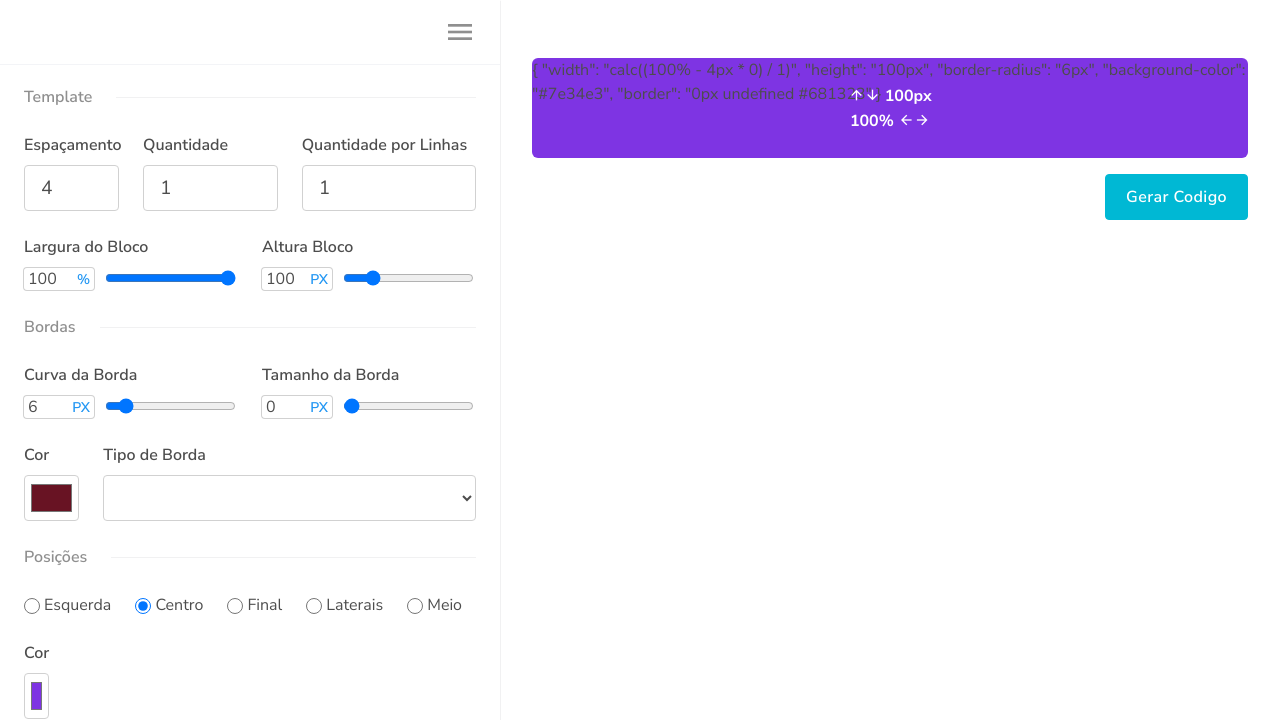
Repository: Flintdl/lowcode-elements
Page: /
An editor plug-in stored every save of this project. The page is shown before and after the next save, followed by the edit.
The browser window is 1280 px wide. The pictures show the whole page.
The project was rebuilt for these pictures with package versions that can differ from the ones it lists, and the page was loaded fresh each time. Also part of the build but not shown: vue.config.js.

Above is the page before, as saved 2022-04-05 17:12:15.

### src/components/Menu/MenuTemplate.vue
<template>
  <div>
    <div
      class="ham burger-link-mobile sf-display-flex sf-display-md-none"
      @click="menu"
    >
      <i class="mdi mdi-menu sf-text-xlg sf-text-muted sf-dropdown-action"></i>
    </div>
    <nav class="sf-menu">
      <div class="sf-menu-header">
        <div
          @click="menu"
          class="hamburger-link sf-display-none sf-display-md-block"
        >
          <i
            class="mdi mdi-menu sf-text-xlg sf-text-muted sf-dropdown-action"
          ></i>
        </div>
      </div>
      <div class="sf-menu-body">
        <ul class="sf-menu-ul">
          <li class="sf-menu-li sf-px-4">
            <div class="sf-row">
              <div class="sf-col-12 sf-form-group">
                <span
                  class="sf-text-md sf-font-weight-bold sf-text-muted sf-display-flex sf-align-items-center"
                >
                  Template
                  <hr class="sf-width-100 sf-ml-4" />
                </span>
              </div>
              <InputGapTemplate
                :valorInput="inputGap"
                v-on:callback="getValorCampo"
              />
              <InputQuantidadeTemplate
                :valorInput="inputQuantidade"
                v-on:callback="getValorCampoQuantidade"
              />
              <InputQuantLinhasTemplate
                :valorInput="inputQuantidadeLinha"
                v-on:callback="getValorCampoQuantidadeLinha"
              />
              <InputLarguraBloco
                :valorInput="inputRange"
                v-on:callback="getValorLarguraBloco"
              />
              <InputAlturaBloco
                :valorInput="valorHeight"
                v-on:callback="getValorAlturaBloco"
              />
            </div>
            <div class="sf-row">
              <div class="sf-col-12 sf-form-group">
                <span
                  class="sf-text-md sf-font-weight-bold sf-text-muted sf-display-flex sf-align-items-center"
                >
                  Bordas
                  <hr class="sf-width-100 sf-ml-4" />
                </span>
              </div>
              <InputBorderRadiusBloco
                :valorInput="inputBorderRadius"
                v-on:callback="getValorRadiusBloco"
              />
              <InputBorderBloco
                :valorInput="inputBorder"
                v-on:callback="getValorBorderBloco"
              />
              <InputBorderCorBloco
                :valorInput="inputBorderColor"
                v-on:callback="getValorBorderCorBloco"
              />
              <InputBorderTipoBloco
                :valorInput="inputBorderTipo"
                v-on:callback="getValorBorderTipoBloco"
              />
            </div>
            <InputPosicaoBloco
              :valorInput="checkValue"
              v-on:callback="getValorPosicaoBloco"
            />
            <div class="sf-row">
              <div class="sf-col-auto sf-form-group">
                <label class="sf-label">Cor</label>
                <input
                  type="color"
                  id="inputColor"
                  v-model="inputColor"
                  class="sf-p-1 sf-text-capitalize"
                  placeholder="Quantidade de Blocos"
                />
              </div>
            </div>
          </li>
        </ul>
      </div>
    </nav>
    <div class="sf-content-page">
      <HomeView
        :valor="inputRange"
        :inputGap="inputGap"
        :valorHeight="valorHeight"
        :quantidade="parseInt(inputQuantidade)"
        :quantidadeLinha="inputQuantidadeLinha"
        :inputBorderRadius="inputBorderRadius"
        :checkValue="checkValue"
        :inputColor="inputColor"
        :inputBorder="inputBorder"
        :inputBorderColor="inputBorderColor"
        :inputBorderTipo="inputBorderTipo"
      />
    </div>
    <div class="ga-mascara-fundo" @click="mask"></div>
  </div>
</template>

<script>
import HomeView from "@/views/HomeView.vue";
import InputGapTemplate from "@/components/templates/InputGapTemplate.vue";
import InputQuantidadeTemplate from "@/components/templates/InputQuantidadeTemplate.vue";
import InputQuantLinhasTemplate from "@/components/templates/InputQuantLinhasTemplate.vue";
import InputLarguraBloco from "@/components/templates/InputLarguraBloco.vue";
import InputAlturaBloco from "@/components/templates/InputAlturaBloco.vue";
import InputBorderRadiusBloco from "@/components/templates/InputBorderRadiusBloco.vue";
import InputBorderBloco from "@/components/templates/InputBorderBloco.vue";
import InputPosicaoBloco from "@/components/templates/InputPosicaoBloco.vue";
import InputBorderCorBloco from "@/components/templates/InputBorderCorBloco.vue";
import InputBorderTipoBloco from "@/components/templates/InputBorderTipoBloco.vue";
import image from "@/assets/logo-soften.webp";

export default {
  name: "MenuTemplate",
  data: function () {
    return {
      inputQuantidade: (this.inputQuantidade = "1"),
      inputQuantidadeLinha: (this.inputQuantidadeLinha = "1"),
      inputBorderRadius: (this.inputBorderRadius = "6"),
      inputRange: (this.inputRange = "100"),
      valorHeight: (this.valorHeight = "100"),
      inputGap: (this.inputGap = "4"),
      checkValue: (this.checkValue = "center"),
      inputColor: (this.inputColor = "#7e34e3"),
      inputBorder: (this.inputBorder = "0"),
      inputBorderColor: (this.inputBorderColor = "#681323"),
      inputBorderTipo: this.inputBorderTipo,
      image: image,
    };
  },
  components: {
    HomeView,
    InputGapTemplate,
    InputQuantidadeTemplate,
    InputQuantLinhasTemplate,
    InputLarguraBloco,
    InputAlturaBloco,
    InputPosicaoBloco,
    InputBorderRadiusBloco,
    InputBorderBloco,
    InputBorderCorBloco,
    InputBorderTipoBloco,
  },
  beforeMount() {
    if (window.innerWidth >= 768) {
      if (localStorage.getItem("menu") === "fechado") {
        document.body.classList.add("menu-fechado");
      } else {
        document.body.classList.remove("menu-fechado");
      }
    }

    (function () {
      var current = window.location.pathname.split("")[0];
      if (current === "") return;
      var menuItems = document.querySelectorAll(".sf-menu-list-link");
      for (var i = 0, len = menuItems.length; i < len; i++) {
        if (menuItems[i].getAttribute("href").indexOf(current) !== -1) {
          menuItems[i].className += " active-nolink";
          menuItems[i].nextElementSibling.className += " active-nolink";
        }
      }
    })();
  },
  methods: {
    menu() {
      if (window.innerWidth >= 768) {
        document.body.classList.toggle("menu-fechado");
        if (document.body.classList.contains("menu-fechado")) {
          localStorage.setItem("menu", "fechado");
        } else {
          localStorage.removeItem("menu");
        }
      } else {
        document.body.classList.toggle("menu-mobile-aberto");
      }
    },
    mask() {
      document.body.classList.remove("menu-mobile-aberto");
    },
    getValorCampo(valor) {
      this.inputGap = valor;
    },
    getValorCampoQuantidade(valor) {
      this.inputQuantidade = valor;
    },
    getValorCampoQuantidadeLinha(valor) {
      this.inputQuantidadeLinha = valor;
    },
    getValorLarguraBloco(valor) {
      this.inputRange = valor;
    },
    getValorAlturaBloco(valor) {
      this.valorHeight = valor;
    },
    getValorRadiusBloco(valor) {
      this.inputBorderRadius = valor;
    },
    getValorBorderBloco(valor) {
      this.inputBorder = valor;
    },
    getValorBorderCorBloco(valor) {
      this.inputBorderColor = valor;
    },
    getValorBorderTipoBloco(valor) {
      this.inputBorderTipo = valor;
    },
    getValorPosicaoBloco(valor) {
      this.checkValue = valor;
    },
  },
};

// function dropdown(menu) {
//   var dropdowns = document.getElementsByClassName("sf-dropdown-menu");
//   var i;
//   for (i = 0; i < dropdowns.length; i++) {
//     var openDropdown = dropdowns[i];
//     if (openDropdown.classList.contains("show")) {
//       openDropdown.classList.remove("show");
//     }
//   }
//   document.querySelector(menu).classList.toggle("show");
// }
</script>

<style lang="scss">
@import "@/assets/scss/style.scss";
@import "@/assets/scss/standard.scss";
@import "@/assets/scss/menu.scss";
</style>

### src/assets/scss/_variables.scss
// Primarys Colors
$standardTextColor: #4d4d4d;

$primaryColor: #8e6dff;
$secondaryColor: #009997;
$buttonDisableColor: #9c9c9c;
$buttonDisableBgColor: #7676764d;

// Menu Colors

$bgMenuColor: #1d1d1d;
$linkMenuColor: #7b8089;
$iconMenuColor: #2a2a2a;
$borderMenuColor: #323232;

// Botão Colors

$btnPrimary: #00b8d4;
$btnPrimaryHover: #0085b0;

// Generics Colors

$whiteColor: #ffffff;
$mutedColor: #8f8f8f;
$cardColor: #f3f4f7;
$cardColorLight: #f9fafc;
$cardColorLightTwo: #f1f5fc;
$greyLight: #d1d1d1;

// Dropdown Colors

$dropdownHeaderColor: #5f5f5f;
$dropdownColor: #ebffff;

// State Colors

$successColor: #3dc661;
$dangerColor: #e7515a;
$warningColor: #e2a03f;
$infoColor: #2196f3;
$defaultColor: #172b4d;
$lightColor: #e0e0e0;

### src/components/templates/InputGapTemplate.vue
<template>
  <div class="sf-col-3 sf-form-group">
    <label class="sf-label">Espaçamento</label>
    <input
      type="number"
      min="1"
      max="12"
      value="2"
      id="inputGap"
      v-model="valor"
      class="filter-states sf-text-capitalize"
      placeholder="Quantidade de Blocos"
    />
  </div>
</template>

<script>
export default {
  props: {
    valorInput: String,
  },
  computed: {
    valor: {
      get() {
        var inp = this.valorInput;
        return inp;
      },
      set(valorInput) {
        this.$emit("callback", valorInput);
      },
    },
  },
};
</script>

<style></style>

### src/components/templates/InputQuantidadeTemplate.vue
<template>
  <div class="sf-col-4 sf-form-group">
    <label class="sf-label">Quantidade</label>
    <input
      type="number"
      value="1"
      id="inputQuantidade"
      v-model="valor"
      class="filter-states sf-text-capitalize"
      placeholder="Quantidade de Blocos"
    />
  </div>
</template>

<script>
export default {
  props: {
    valorInput: String,
  },
  computed: {
    valor: {
      get() {
        var inp = this.valorInput;
        return inp;
      },
      set(valorInput) {
        this.$emit("callback", valorInput);
      },
    },
  },
};
</script>

<style></style>

### src/components/templates/InputQuantLinhasTemplate.vue
<template>
  <div class="sf-col-5 sf-form-group">
    <label class="sf-label">Quantidade por Linhas</label>
    <input
      type="number"
      min="1"
      max="12"
      value="1"
      id="inputQuantidadeLinha"
      v-model="valor"
      class="filter-states sf-text-capitalize"
      placeholder="Quantidade Linha"
    />
  </div>
</template>

<script>
export default {
  props: {
    valorInput: String,
  },
  computed: {
    valor: {
      get() {
        var inp = this.valorInput;
        return inp;
      },
      set(valorInput) {
        this.$emit("callback", valorInput);
      },
    },
  },
};
</script>

<style></style>

### src/components/templates/InputLarguraBloco.vue
<template>
  <div class="sf-col-6 sf-form-group">
    <label class="sf-label">Largura do Bloco</label>
    <div class="sf-input-group">
      <div
        class="sf-input-group-append sf-display-flex sf-justify-content-center"
      >
        <div
          class="sf-display-flex sf-align-items-center sf-justify-content-center sf-border-left-0 sf-border-radius sf-border-radius-left-0 sf-pr-2 sf-text-info sf-font-weight-bold sf-min-80-px"
        >
          <div class="sf-input-group">
            <input
              type="number"
              value="1"
              min="1"
              max="100"
              v-model="valor"
              class="sf-text-md sf-height-fit-content sf-pr-0 sf-pl-1 sf-border-right-0 sf-border-radius-right-0 sf-text-capitalize"
              placeholder="Curva da Borda"
            />
            <div
              class="sf-input-group-append sf-display-flex sf-justify-content-center"
            >
              <div
                class="sf-display-flex sf-align-items-center sf-border sf-justify-content-center sf-border-left-0 sf-border-radius sf-border-radius-left-0 sf-pr-1 sf-text-info sf-font-weight-bold sf-text-sm"
              >
                %
              </div>
            </div>
          </div>
        </div>
      </div>
      <input
        type="range"
        min="10"
        max="100"
        value="10"
        id="inputRange"
        v-model="valor"
        class="sf-px-0 sf-border-right-0 sf-border-radius-right-0 sf-text-capitalize"
      />
    </div>
  </div>
</template>

<script>
export default {
  props: {
    valorInput: String,
  },
  computed: {
    valor: {
      get() {
        var inp = this.valorInput;
        return inp;
      },
      set(valorInput) {
        this.$emit("callback", valorInput);
      },
    },
  },
};
</script>

<style></style>

### src/components/templates/InputAlturaBloco.vue
<template>
  <div class="sf-col-6 sf-form-group">
    <label class="sf-label">Altura Bloco</label>
    <div class="sf-input-group">
      <div
        class="sf-input-group-append sf-display-flex sf-justify-content-center"
      >
        <div
          class="sf-display-flex sf-align-items-center sf-justify-content-center sf-border-left-0 sf-border-radius sf-border-radius-left-0 sf-pr-2 sf-text-info sf-font-weight-bold sf-min-80-px"
        >
          <div class="sf-input-group">
            <input
              type="number"
              value="1"
              min="1"
              max="500"
              v-model="valor"
              class="sf-text-md sf-height-fit-content sf-pr-0 sf-pl-1 sf-border-right-0 sf-border-radius-right-0 sf-text-capitalize"
              placeholder="Curva da Borda"
            />
            <div
              class="sf-input-group-append sf-display-flex sf-justify-content-center"
            >
              <div
                class="sf-display-flex sf-align-items-center sf-border sf-justify-content-center sf-border-left-0 sf-border-radius sf-border-radius-left-0 sf-pr-1 sf-text-info sf-font-weight-bold sf-text-sm"
              >
                PX
              </div>
            </div>
          </div>
        </div>
      </div>
      <input
        type="range"
        min="10"
        max="500"
        id="valorHeight"
        v-model="valor"
        class="sf-px-0 sf-border-right-0 sf-border-radius-right-0 sf-text-capitalize"
      />
    </div>
  </div>
</template>

<script>
export default {
  props: {
    valorInput: String,
  },
  computed: {
    valor: {
      get() {
        var inp = this.valorInput;
        return inp;
      },
      set(valorInput) {
        this.$emit("callback", valorInput);
      },
    },
  },
};
</script>

<style></style>

### src/components/templates/InputBorderRadiusBloco.vue
<template>
  <div class="sf-col-6 sf-form-group">
    <label class="sf-label">Curva da Borda</label>
    <div class="sf-input-group">
      <div
        class="sf-input-group-append sf-display-flex sf-justify-content-center"
      >
        <div
          class="sf-display-flex sf-align-items-center sf-justify-content-center sf-border-left-0 sf-border-radius sf-border-radius-left-0 sf-pr-2 sf-text-info sf-font-weight-bold sf-min-80-px"
        >
          <div class="sf-input-group">
            <input
              type="number"
              value="1"
              min="1"
              max="50"
              v-model="valor"
              class="sf-text-md sf-height-fit-content sf-pr-0 sf-pl-1 sf-border-right-0 sf-border-radius-right-0 sf-text-capitalize"
              placeholder="Curva da Borda"
            />
            <div
              class="sf-input-group-append sf-display-flex sf-justify-content-center"
            >
              <div
                class="sf-display-flex sf-align-items-center sf-border sf-justify-content-center sf-border-left-0 sf-border-radius sf-border-radius-left-0 sf-pr-1 sf-text-info sf-font-weight-bold sf-text-sm"
              >
                PX
              </div>
            </div>
          </div>
        </div>
      </div>
      <input
        type="range"
        value="1"
        min="1"
        max="50"
        id="inputBorderRadius"
        v-model="valor"
        class="sf-px-0 sf-border-right-0 sf-border-radius-right-0 sf-text-capitalize"
        placeholder="Curva da Borda"
      />
    </div>
  </div>
</template>

<script>
export default {
  props: {
    valorInput: String,
  },
  computed: {
    valor: {
      get() {
        var inp = this.valorInput;
        return inp;
      },
      set(valorInput) {
        this.$emit("callback", valorInput);
      },
    },
  },
};
</script>

<style></style>

### src/components/templates/InputBorderBloco.vue
<template>
  <div class="sf-col-6 sf-form-group">
    <label class="sf-label">Tamanho da Borda</label>
    <div class="sf-input-group">
      <div
        class="sf-input-group-append sf-display-flex sf-justify-content-center"
      >
        <div
          class="sf-display-flex sf-align-items-center sf-justify-content-center sf-border-left-0 sf-border-radius sf-border-radius-left-0 sf-pr-2 sf-text-info sf-font-weight-bold sf-min-80-px"
        >
          <div class="sf-input-group">
            <input
              type="number"
              value="1"
              min="1"
              max="50"
              v-model="valor"
              class="sf-text-md sf-height-fit-content sf-pr-0 sf-pl-1 sf-border-right-0 sf-border-radius-right-0 sf-text-capitalize"
              placeholder="Curva da Borda"
            />
            <div
              class="sf-input-group-append sf-display-flex sf-justify-content-center"
            >
              <div
                class="sf-display-flex sf-align-items-center sf-border sf-justify-content-center sf-border-left-0 sf-border-radius sf-border-radius-left-0 sf-pr-1 sf-text-info sf-font-weight-bold sf-text-sm"
              >
                PX
              </div>
            </div>
          </div>
        </div>
      </div>
      <input
        type="range"
        value="1"
        min="0"
        max="24"
        id="inputBorder"
        v-model="valor"
        class="sf-px-0 sf-border-right-0 sf-border-radius-right-0 sf-text-capitalize"
        placeholder="Curva da Borda"
      />
    </div>
  </div>
</template>

<script>
export default {
  props: {
    valorInput: String,
  },
  computed: {
    valor: {
      get() {
        var inp = this.valorInput;
        return inp;
      },
      set(valorInput) {
        this.$emit("callback", valorInput);
      },
    },
  },
};
</script>

<style></style>

### src/components/templates/InputPosicaoBloco.vue
<template>
  <div class="sf-row">
    <div class="sf-col-12 sf-form-group">
      <span
        class="sf-text-md sf-font-weight-bold sf-text-muted sf-display-flex sf-align-items-center"
      >
        Posições
        <hr class="sf-width-100 sf-ml-4" />
      </span>
    </div>
    <div class="sf-col-auto sf-form-group">
      <input
        id="start"
        type="radio"
        name="positionDivs"
        v-model="valor"
        value="start"
        checked
      />
      <label for="start"> Esquerda</label>
    </div>

    <div class="sf-col-auto sf-form-group">
      <input
        type="radio"
        id="center"
        name="positionDivs"
        v-model="valor"
        value="center"
      />
      <label for="center"> Centro</label>
    </div>

    <div class="sf-col-auto sf-form-group">
      <input
        type="radio"
        id="end"
        name="positionDivs"
        v-model="valor"
        value="end"
      />
      <label for="end"> Final</label>
    </div>
    <div class="sf-col-auto sf-form-group">
      <input
        type="radio"
        id="between"
        name="positionDivs"
        v-model="valor"
        value="between"
      />
      <label for="between"> Laterais</label>
    </div>
    <div class="sf-col-auto sf-form-group">
      <input
        type="radio"
        id="around"
        name="positionDivs"
        v-model="valor"
        value="around"
      />
      <label for="around"> Meio</label>
    </div>
  </div>
</template>

<script>
export default {
  props: {
    valorInput: String,
  },
  computed: {
    valor: {
      get() {
        var inp = this.valorInput;
        return inp;
      },
      set(valorInput) {
        this.$emit("callback", valorInput);
      },
    },
  },
};
</script>

<style></style>

### src/components/templates/InputBorderCorBloco.vue
<template>
  <div class="sf-col sf-form-group">
    <label class="sf-label">Cor</label>
    <input
      type="color"
      id="inputBorderColor"
      v-model="valor"
      class="sf-p-1 sf-text-capitalize"
      placeholder="Quantidade de Blocos"
    />
  </div>
</template>

<script>
export default {
  props: {
    valorInput: String,
  },
  computed: {
    valor: {
      get() {
        var inp = this.valorInput;
        return inp;
      },
      set(valorInput) {
        this.$emit("callback", valorInput);
      },
    },
  },
};
</script>

<style></style>

### src/components/templates/InputBorderTipoBloco.vue
<template>
  <div class="sf-col-10 sf-form-group">
    <label class="sf-label">Tipo de Borda</label>
    <select
      id="inputBorderTipo"
      v-model="control"
      :items="items"
      @change="onSelectType"
      class="sf-text-capitalize"
    >
      <option selected>Alla</option>
      <option
        v-bind:key="item.value"
        :value="item.value"
        :disabled="!item.value"
        v-for="item of items"
      >
        {{ item.label }}
      </option>
    </select>
  </div>
</template>

<script>
export default {
  props: {
    valorInput: String,
  },
  data: () => {
    return {
      items: [
        { label: "Solid", value: "solid" },
        { label: "Dashed", value: "dashed" },
      ],
    };
  },
  computed: {
    control: {
      get() {
        return this.valorInput;
      },
      set(valorInput) {
        this.$emit("callback", valorInput);
      },
    },
  },
  methods: {
    onSelectType(event) {
      this.$emit("change", event);
    },
  },
};
</script>

<style></style>

### src/components/templates/DivGrid.vue
<template>
  <div class="sf-position-relative sf-overflow-hidden" :style="cssDefinido">
    {{ cssDefinido }}
    <span
      class="sf-position-absolute sf-centerAbsolute-xy sf-text-white sf-font-weight-extra-bold sf-text-center"
      :style="tamanho"
    >
      <i
        class="mdi mdi-arrow-up sf-text-md sf-text-white sf-dropdown-action"
      ></i>
      <i
        class="mdi mdi-arrow-down sf-text-md sf-text-white sf-dropdown-action"
      ></i>
      {{ altura }}px <br />

      {{ tamanho }}%
      <i
        class="mdi mdi-arrow-left sf-text-md sf-text-white sf-dropdown-action"
      ></i>
      <i
        class="mdi mdi-arrow-right sf-text-md sf-text-white sf-dropdown-action"
      ></i>
    </span>
  </div>
</template>

<script>
export default {
  props: {
    cssDefinido: Object,
    tamanho: String,
    altura: String,
  },
};
</script>

<style></style>

Loaded but not shown: public/index.html (common file); src/main.js (common file); src/App.vue (common file); src/registerServiceWorker.js (common file); src/router/index.js (common file); src/assets/scss/materialdesignicons.scss (9 lines, source omitted); src/assets/scss/style.scss (4097 lines, source omitted); src/assets/scss/menu.scss (396 lines, source omitted); src/assets/scss/standard.scss (381 lines, source omitted); src/views/HomeView.vue (132 lines, source omitted)

After the next save:
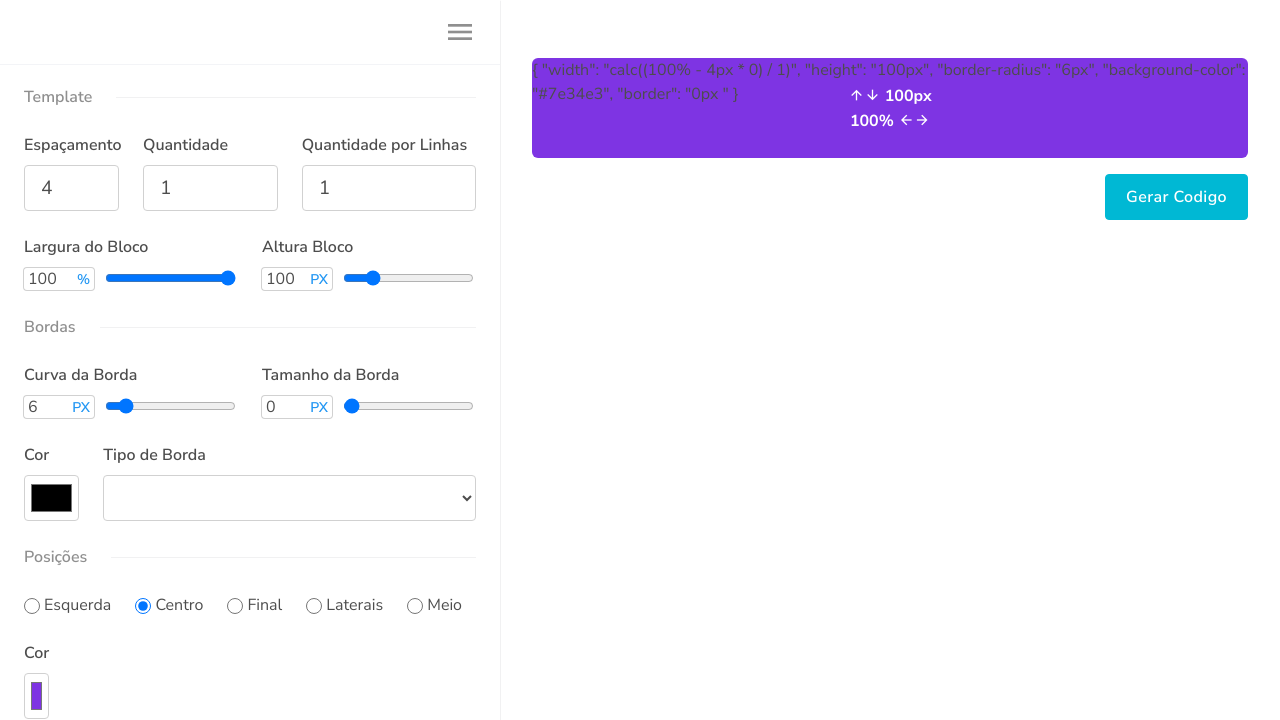
Saved 58 s later.
--- a/src/components/Menu/MenuTemplate.vue
+++ b/src/components/Menu/MenuTemplate.vue
@@ -142,8 +142,8 @@ export default {
       checkValue: (this.checkValue = "center"),
       inputColor: (this.inputColor = "#7e34e3"),
       inputBorder: (this.inputBorder = "0"),
-      inputBorderColor: (this.inputBorderColor = "#681323"),
-      inputBorderTipo: this.inputBorderTipo,
+      inputBorderColor: (this.inputBorderColor = ""),
+      inputBorderTipo: (this.inputBorderTipo = ""),
       image: image,
     };
   },
